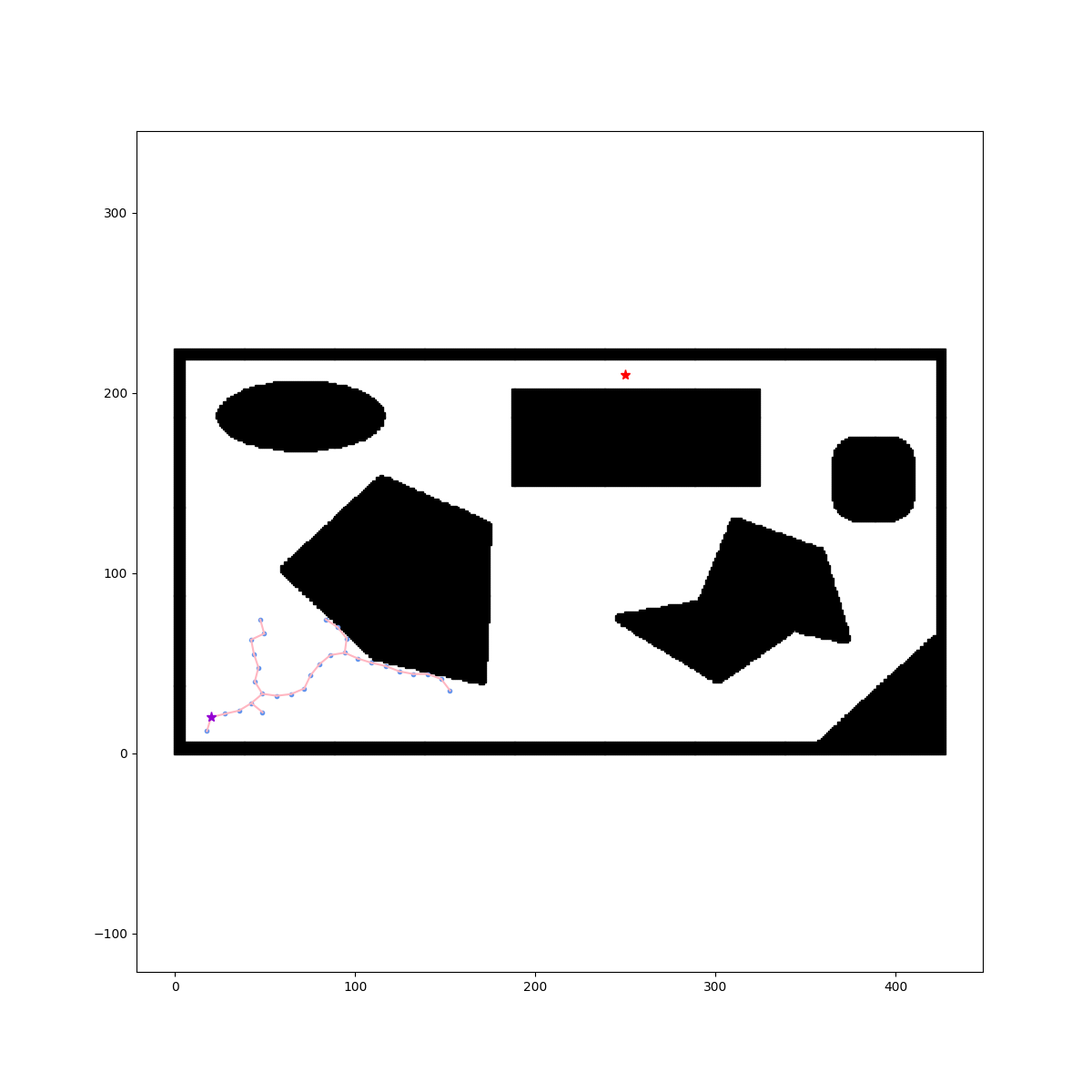
Repository: BaoL067/Pnc-Learning
Script's output: python sampling_based_planner/rrt_star.py
These files come from the project's save history. The script's output is drawn as it stood at one moment and after the next save; the edit follows.
The pictures are shown at 91% of full size.
Animations are shown at an early frame. Random numbers start from a fixed seed. It also reads sampling_based_planner/maps/map3.png.

Above is the script's output before, as saved 2024-10-06 17:43:34.

### sampling_based_planner/rrt_star.py
import math
import random

import sys
import matplotlib.pyplot as plt
import cv2
import pathlib
import numpy as np

SHOW_SAMPLING_PROCESS = True
random.seed(0)
class RRTStar:
    class Node:
        def __init__(self, x, y):
            # the position of node
            self.x = x
            self.y = y
            # the path between current node and its parent
            self.path_x = []
            self.path_y = []
            # the cost of node
            self.cost = 0
            # the parent of node
            self.parent = None

        def reset(self):
            self.path_x = []
            self.path_y = []
            self.parent = None


    def __init__(self,
                start,
                goal,
                x_rand_area,
                y_rand_area,
                obstacle_map = None,
                extend_dist = 10.0,
                path_resolution = 1.0,
                goal_sample_rate = 10,
                max_iter = 1000,
                near_nodes_dist_threshold = 30.0,
                search_until_max_iter = False):

        self.start = self.Node(start[0], start[1])
        self.end = self.Node(goal[0], goal[1])
        self.x_min_rand = x_rand_area[0]
        self.x_max_rand = x_rand_area[1]
        self.y_min_rand = y_rand_area[0]
        self.y_max_rand = y_rand_area[1]
        self.obstacle_map = obstacle_map
        self.extend_dist = extend_dist
        self.path_resolution = path_resolution
        self.goal_sample_rate = goal_sample_rate
        self.max_iter = max_iter

        self.near_nodes_dist_threshold = near_nodes_dist_threshold
        self.search_until_max_iter = search_until_max_iter

        self.goal_node = self.Node(goal[0], goal[1])
        self.node_list = []

    def planning(self):
        self.draw_start_and_goal()
        self.node_list = [self.start]

        for i in range(self.max_iter):
            # TODO: 1. generate random node within the x/y range
            random_node = self.generate_random_node()

            # TODO: 2. find the nearest node to random node in the tree
            nearest_node = min(self.node_list, key=lambda node: math.hypot(node.x - random_node.x, node.y - random_node.y))

            # TODO: 3. Steer the nearest_node to random with extend_dist
            dx = random_node.x - nearest_node.x
            dy = random_node.y - nearest_node.y
            d = math.hypot(dx, dy)
            if d >= self.extend_dist:
                new_node = self.Node(nearest_node.x + self.extend_dist * dx / d, nearest_node.y + self.extend_dist * dy / d)
                self.rewire(new_node, nearest_node)
            else:
                continue

            if self.check_collision_with_obs_map(new_node, self.obstacle_map):
                # RRT implementation
                self.node_list.append(new_node)
                self.draw_node_and_edge(new_node)
                # RRT* implementation
                # TODO: 4. find nodes near the new_node, and choose the parent which maintains a minimum-cost from the start node
                near_nodes = [node for node in self.node_list if math.hypot(node.x - new_node.x, node.y - new_node.y) <= self.near_nodes_dist_threshold]
                collision_free_nodes = self.find_collision_free_node(new_node, near_nodes)
                optimal_node = min(collision_free_nodes, key=lambda node: node.cost + math.hypot(node.x - new_node.x, node.y - new_node.y))
                # self.rewire(new_node, optimal_node)
                # self.draw_node_and_edge(new_node)
                # # while near_nodes:
                # #     optimal_node = min(near_nodes, key=lambda node: node.cost + math.hypot(node.x - new_node.x, node.y - new_node.y))
                # #     near_nodes.remove(optimal_node)
                # #     self.rewire(new_node, optimal_node)
                # #     if not self.check_collision_with_obs_map(new_node, self.obstacle_map):
                # #         new_node.reset()
                # #         continue
                # #     else:
                # #         self.draw_node_and_edge(new_node)
                # #         break


                # # TODO: 5. rewire the tree and draw current node and the edge between it and its parent node
                # for near_node in near_nodes:
                #     if near_node.cost > new_node.cost + math.hypot(near_node.x - new_node.x, near_node.y - new_node.y):
                #         near_node.rewire(new_node)
                #         if not self.check_collision_with_obs_map(near_node, self.obstacle_map):
                #             near_node.reset()
                #             continue
                #         # self.draw_node_and_edge(near_node)
            else:
                new_node.reset()
                continue

            # TODO: 6. check if the tree has extended to the vicinity of the goal point, if so, select a suitable
            # node directly to connect to the goal, if the edge does not collide with obstacles, the search can
            # be finished, return the entire path which is extracted by backtracking.
            if ((not self.search_until_max_iter) and new_node):
                if (math.hypot(new_node.x - self.end.x, new_node.y - self.end.y) <= self.extend_dist):
                    self.rewire(self.end, new_node)
                    if self.check_collision_with_obs_map(self.end, self.obstacle_map):
                        return self.backtracking(len(self.node_list) - 1)
                    else:
                        self.end.reset()

        print("reach max iteration")
        # TODO: 7. reach max iteration, backtracking to extract the path between the last node and the start node
        return self.backtracking(len(self.node_list) - 1)

    def generate_random_node(self):
        if random.randint(0, 100) > self.goal_sample_rate:
            random_node = self.Node(random.uniform(self.x_min_rand, self.x_max_rand),
                                    random.uniform(self.y_min_rand, self.y_max_rand))
            return random_node
        else:  # select goal point
            return self.Node(self.end.x, self.end.y)

    def backtracking(self, goal_idx):
        """
            backtracking from last index to retrieve the entire path.
        """
        path = [[self.end.x, self.end.y]]
        node = self.node_list[goal_idx]
        while node.parent is not None:
            path.append([node.x, node.y])
            node = node.parent
        path.append([node.x, node.y])

        return path

    def check_collision_with_obs_map(self, node, obstacle_map):
        if node is None or obstacle_map[round(node.x)][round(node.y)] == True:
            return False

        for x, y in zip(node.path_x, node.path_y):
            if (obstacle_map[round(x)][round(y)] == True):
                return False  # collision

        return True  # safe

    def draw_start_and_goal(self):
        plt.plot(self.start.x, self.start.y, marker='*', color='darkviolet', markersize=8, zorder=100000)
        plt.plot(self.end.x, self.end.y, marker='*', color='r', markersize=8, zorder=100000)

    def draw_node_and_edge(self, node):
        # for stopping simulation with the esc key.
        plt.gcf().canvas.mpl_connect('key_release_event',
                                    lambda event: [exit(0) if event.key == 'escape' else None])
        plt.plot(node.x, node.y, '.', color='cornflowerblue')
        if node.parent:
            plt.plot(node.path_x, node.path_y, '-', color='lightpink')
        if (SHOW_SAMPLING_PROCESS):
            plt.pause(0.00000001)

    def generate_path(self, node):
        dx = node.x - node.parent.x
        dy = node.y - node.parent.y
        d = math.hypot(dx, dy)

        steps = int(round(d / self.path_resolution))

        path_x = np.linspace(node.parent.x, node.x, steps).tolist()
        path_y = np.linspace(node.parent.y, node.y, steps).tolist()

        return path_x, path_y

    def rewire(self, node, new_parent):
        node.parent = new_parent
        node.path_x, node.path_y = self.generate_path(node)
        node.cost = new_parent.cost + math.hypot(node.x - new_parent.x, node.y - new_parent.y)

    def find_collision_free_node(self, new_node, near_nodes):
        collision_free_nodes = []
        for near_node in near_nodes:
            temp_node = self.Node(near_node.x, near_node.y)
            self.rewire(temp_node, new_node)
            if self.check_collision_with_obs_map(temp_node, self.obstacle_map):
                collision_free_nodes.append(temp_node)
        return collision_free_nodes

def preprocess_image(image, threshold):
    # convert to gray image
    gray_img = cv2.cvtColor(image, cv2.COLOR_RGB2GRAY)
    # binarization
    _, binary_img = cv2.threshold(gray_img, threshold, 255, cv2.THRESH_BINARY)
    return binary_img

def extract_obstacle_list_from_img(binary_img):
    obstacle_x_list = []
    obstacle_y_list = []
    # get the size of binary image
    rows, cols = binary_img.shape[:2]

    for i in range(rows):
        for j in range(cols):
            if binary_img[i, j] == 0:
                # convert image frame to world frame
                obstacle_x_list.append(j)
                obstacle_y_list.append(rows - i - 1)

    return obstacle_x_list, obstacle_y_list

def extract_obstacle_map_list_from_img(binary_img):
    # get the size of binary image
    img_rows, img_cols = binary_img.shape[:2]

    # convert image frame to world frame
    map_x_size = img_cols
    map_y_size = img_rows

    # construct obstacle map
    obstacle_map = [[False for y in range(map_y_size)] for x in range(map_x_size)]

    for x in range(map_x_size):
        for y in range(map_y_size):
            if binary_img[map_y_size - y - 1, x] == 0:
                obstacle_map[x][y] = True

    return obstacle_map

def main():
    # read image map
    image = cv2.imread(str(pathlib.Path.cwd()) + "\sampling_based_planner\maps\map3.png")
    # transform to binary image
    binary_img = preprocess_image(image, 127)
    # extract obstacle map from image
    obstacle_map = extract_obstacle_map_list_from_img(binary_img)

    x_size = len(obstacle_map)
    y_size = len(obstacle_map[0])

    obs_x_list, obs_y_list = [], []
    for x in range(len(obstacle_map)):
        for y in range(len(obstacle_map[0])):
            if obstacle_map[x][y] == True:
                obs_x_list.append(x)
                obs_y_list.append(y)

    plt.figure(figsize=(12, 12))
    plt.axis("equal")
    plt.plot(obs_x_list, obs_y_list, 'sk', markersize=2)

    rrt_star = RRTStar(
        start=[20, 20],
        goal=[250, 210],
        x_rand_area=[0, len(obstacle_map)],
        y_rand_area=[0, len(obstacle_map[0])],
        obstacle_map=obstacle_map,
        extend_dist=8.0,
        max_iter=3000,
        near_nodes_dist_threshold=30.0,
        search_until_max_iter=False)

    path = rrt_star.planning()
    path_nodes_num = len(path)

    if path is None:
        print("Cannot find path")
    else:
        print("Find path!")

    # draw final path
    plt.plot([x for (x, y) in path], [y for (x, y) in path], '-', linewidth=2.0, color='palegreen')
    plt.title(f"Path Nodes Num: {path_nodes_num}")
    plt.show()

if __name__ == '__main__':
    main()

After the next save:
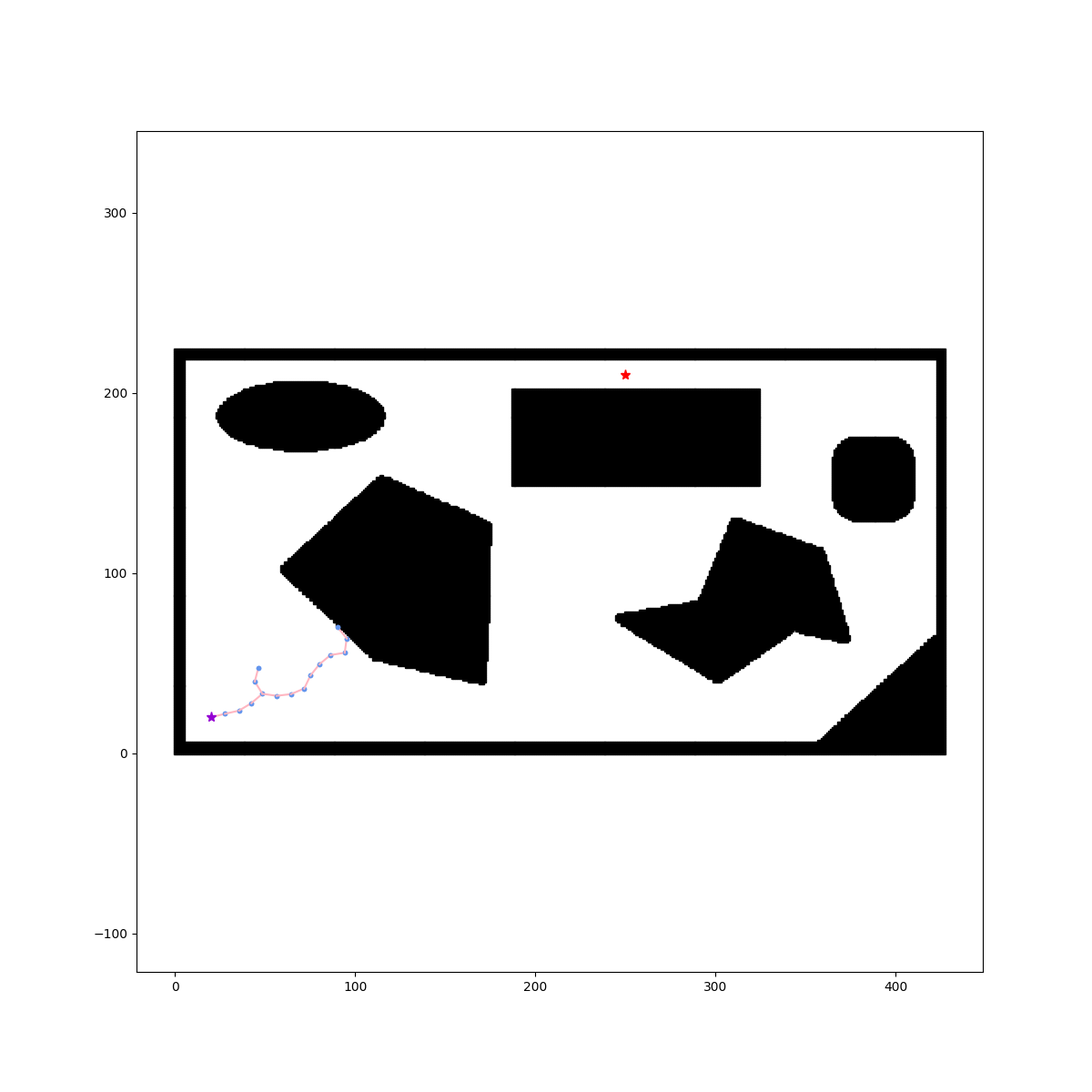
Saved 4 s later.
--- a/sampling_based_planner/rrt_star.py
+++ b/sampling_based_planner/rrt_star.py
@@ -90,8 +90,8 @@ class RRTStar:
                 near_nodes = [node for node in self.node_list if math.hypot(node.x - new_node.x, node.y - new_node.y) <= self.near_nodes_dist_threshold]
                 collision_free_nodes = self.find_collision_free_node(new_node, near_nodes)
                 optimal_node = min(collision_free_nodes, key=lambda node: node.cost + math.hypot(node.x - new_node.x, node.y - new_node.y))
-                # self.rewire(new_node, optimal_node)
-                # self.draw_node_and_edge(new_node)
+                self.rewire(new_node, optimal_node)
+                self.draw_node_and_edge(new_node)
                 # # while near_nodes:
                 # #     optimal_node = min(near_nodes, key=lambda node: node.cost + math.hypot(node.x - new_node.x, node.y - new_node.y))
                 # #     near_nodes.remove(optimal_node)
